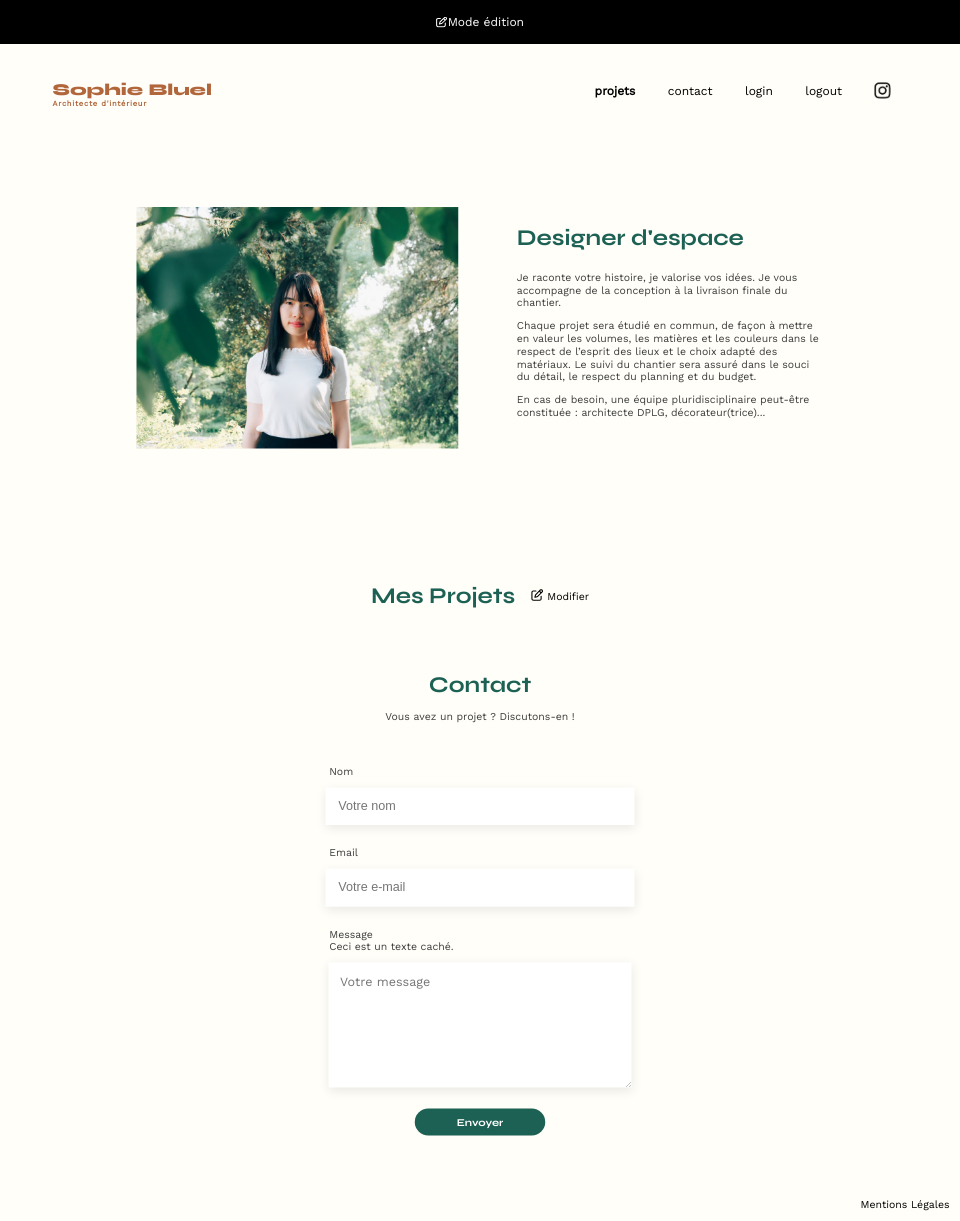
Repository: BlueSoley23/openclassrooms
Page: FrontEnd/index.html
These files come from the project's save history. The page is drawn as it stood at one moment and after the next save; the edit follows.
The browser window is 1280 px wide. The pictures show the whole page, at 75% of full size.
The page's requests for data from a server got no answer.

Above is the page before, as saved 2023-12-21 06:40:14.
Console error: TypeError: categories is not iterable

After the next save:
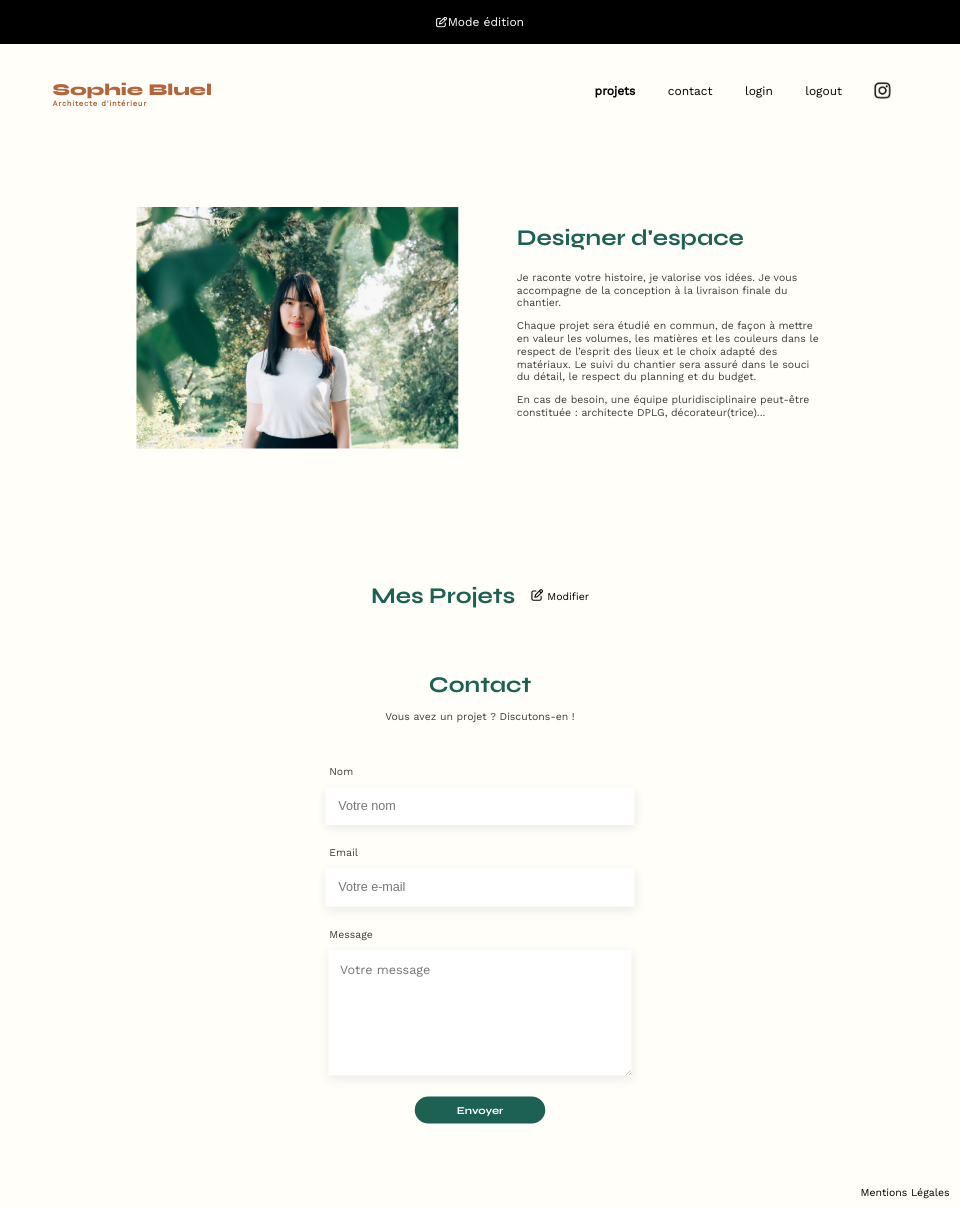
Saved 62 s later.
--- a/FrontEnd/index.html
+++ b/FrontEnd/index.html
@@ -211,7 +211,7 @@
 					placeholder="Votre e-mail">
 
 				<!-- Message -->
-				<label for="message" class="contact__form--label form__label">Message<div>Ceci est un texte caché.</div></label>
+				<label for="message" class="contact__form--label form__label">Message</label>
 				<textarea name="message" id="message" cols="30" rows="10" class="contact__form--textaera"
 					placeholder="  Votre message"></textarea>
 
